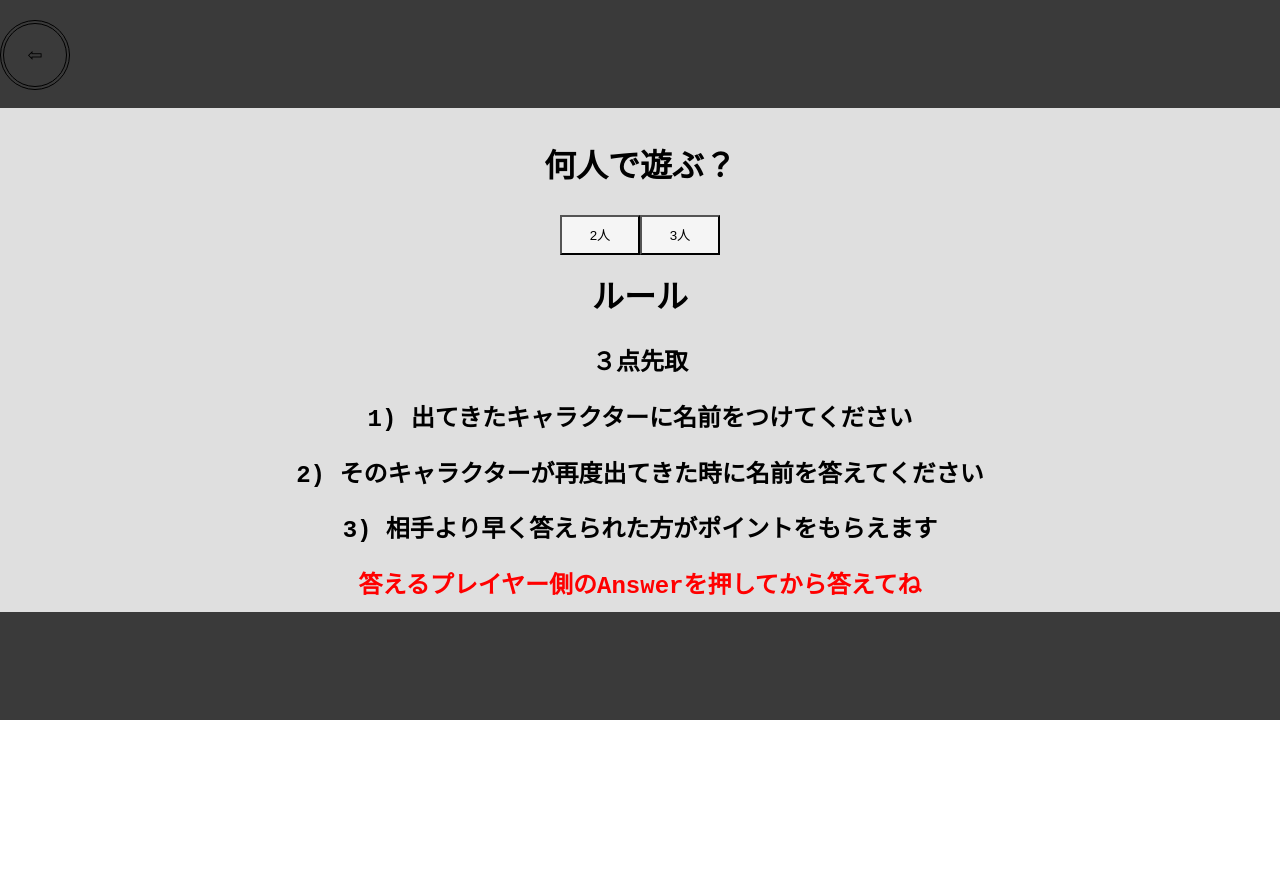
Repository: Mush-s/Folio-OX
Page: /nanmon
These files come from the project's save history. The page is drawn as it stood at one moment and after a run of saves; the edit follows.
The browser window is 1280 px wide. The pictures show the whole page.
The project was rebuilt for these pictures with package versions that can differ from the ones it lists, and the page was loaded fresh each time. Also part of the build but not shown: src/TicTacToe/AfterGame/AfterGame.css, src/TicTacToe/AfterGame/AfterGame.js, src/TicTacToe/Game/Cell.css, src/TicTacToe/Game/Cell.js, src/TicTacToe/Patterns/Pattern.js, src/TicTacToe/Game/GameButtons/GameButtons.css, src/TicTacToe/Game/GameButtons/GameButtons.js, src/TicTacToe/Game/Game.css and 13 more.

Above is the page before, as saved 2022-09-20 15:58:55.

### public/index.html
<!DOCTYPE html>
<html lang="en">
  <head>
    <meta charset="utf-8" />
    <link rel="icon" href="%PUBLIC_URL%/favicon.ico" />
    <meta name="viewport" content="width=device-width, initial-scale=1" />
    <meta name="theme-color" content="#000000" />
    <meta
      name="description"
      content="Web site created using create-react-app"
    />
    <link rel="apple-touch-icon" href="%PUBLIC_URL%/logo192.png" />
    <!--
      manifest.json provides metadata used when your web app is installed on a
      user's mobile device or desktop. See https://developers.google.com/web/fundamentals/web-app-manifest/
    -->
    <link rel="manifest" href="%PUBLIC_URL%/manifest.json" />
    <!--
      Notice the use of %PUBLIC_URL% in the tags above.
      It will be replaced with the URL of the `public` folder during the build.
      Only files inside the `public` folder can be referenced from the HTML.

      Unlike "/favicon.ico" or "favicon.ico", "%PUBLIC_URL%/favicon.ico" will
      work correctly both with client-side routing and a non-root public URL.
      Learn how to configure a non-root public URL by running `npm run build`.
    -->
    <title>React App</title>
  </head>
  <body>
    <noscript>You need to enable JavaScript to run this app.</noscript>
    <div id="root"></div>
    <div id="portal"></div>
    <div id="howmany"></div>
    <!--
      This HTML file is a template.
      If you open it directly in the browser, you will see an empty page.

      You can add webfonts, meta tags, or analytics to this file.
      The build step will place the bundled scripts into the <body> tag.

      To begin the development, run `npm start` or `yarn start`.
      To create a production bundle, use `npm run build` or `yarn build`.
    -->
  </body>
</html>

### src/index.js
import { createRoot } from "react-dom/client";
import { BrowserRouter } from "react-router-dom";
import ReactDOM from "react-dom";
import AfterGame from "./TicTacToe/AfterGame/AfterGame";

import App from "./App";
import BeforeGame from "./NanMon/BeforeGame/BeforeGame";
const container = document.getElementById("root");
const root = createRoot(container);
root.render(
  <BrowserRouter>
    <App />
  </BrowserRouter>
);

export const OverLay = (props) => {
  return ReactDOM.createPortal(
    <AfterGame onClick={props.onClick} result={props.result} />,
    document.getElementById("portal")
  );
};
export const HowMany = (props) => {
  return ReactDOM.createPortal(
    <BeforeGame />,
    document.getElementById("howmany")
  );
};

### src/App.js
import "./App.css";
import Game from "./TicTacToe/Game/Game";
import Game1 from "./NanMon/Game/Game1";
import Start from "./Start/Start";
import { Route, Routes } from "react-router-dom";

const App = () => {
  return (
    <div className="app">
      <Routes>
        <Route path="/" element={<Start />} />
        <Route path="/tictactou" element={<Game />} />
        <Route path="/nanmon" element={<Game1 />} />
      </Routes>
    </div>
  );
};

export default App;

### src/NanMon/BeforeGame/BeforeGame.js
import "./BeforeGame.css";

const BeforeGame = (props) => {
  return (
    <div className="before">
      <div className="content">
        <h1>何人で遊ぶ？</h1>
        <button onClick={props.onClick}>2人</button>
        <button onClick={props.onClick2}>3人</button>
        <div className="rule">
          <h1>ルール</h1>
          <h2>３点先取</h2>
          <h2>1) 出てきたキャラクターに名前をつけてください</h2>
          <h2>2) そのキャラクターが再度出てきた時に名前を答えてください</h2>
          <h2>3) 相手より早く答えられた方がポイントをもらえます</h2>
          <h2>
            <font color="red">
              答えるプレイヤー側のAnswerを押してから答えてね
            </font>
          </h2>
        </div>
      </div>
    </div>
  );
};

export default BeforeGame;

### src/App.css
.app {
  position: relative;
  height: 120vh;
  width: 100%;
  background-color: rgba(255, 255, 255, 0.831);
  font-family: "Courier New", Courier, monospace;
  /* background-image: url(https://png.pngtree.com/thumb_back/fh260/background/20210308/pngtree-vs-versus-challenge-gaming-background-banner-blue-image_582152.jpg);
  background-size: contain; */
}
/* Document
 * ========================================================================== */

/**
 * 1. Add border box sizing in all browsers (opinionated).
 * 2. Backgrounds do not repeat by default (opinionated).
 */

*,
::before,
::after {
  box-sizing: border-box; /* 1 */
  background-repeat: no-repeat; /* 2 */
}

/**
  * 1. Add text decoration inheritance in all browsers (opinionated).
  * 2. Add vertical alignment inheritance in all browsers (opinionated).
  */

::before,
::after {
  text-decoration: inherit; /* 1 */
  vertical-align: inherit; /* 2 */
}

/**
  * 1. Use the default cursor in all browsers (opinionated).
  * 2. Change the line height in all browsers (opinionated).
  * 3. Breaks words to prevent overflow in all browsers (opinionated).
  * 4. Use a 4-space tab width in all browsers (opinionated).
  * 5. Remove the grey highlight on links in iOS (opinionated).
  * 6. Prevent adjustments of font size after orientation changes in iOS.
  */

:where(:root) {
  cursor: default; /* 1 */
  line-height: 1.5; /* 2 */
  overflow-wrap: break-word; /* 3 */
  -moz-tab-size: 4; /* 4 */
  tab-size: 4; /* 4 */
  -webkit-tap-highlight-color: transparent; /* 5 */
  -webkit-text-size-adjust: 100%; /* 6 */
  text-size-adjust: 100%; /* 6 */
}

/* Sections
  * ========================================================================== */

/**
  * Remove the margin in all browsers (opinionated).
  */

:where(body) {
  margin: 0;
}

/**
  * Correct the font size and margin on `h1` elements within `section` and
  * `article` contexts in Chrome, Edge, Firefox, and Safari.
  */

:where(h1) {
  font-size: 2em;
  margin: 0.67em 0;
}

/* Grouping content
  * ========================================================================== */

/**
  * Remove the margin on nested lists in Chrome, Edge, and Safari.
  */

:where(dl, ol, ul) :where(dl, ol, ul) {
  margin: 0;
}

/**
  * 1. Correct the inheritance of border color in Firefox.
  * 2. Add the correct box sizing in Firefox.
  */

:where(hr) {
  color: inherit; /* 1 */
  height: 0; /* 2 */
}

/**
  * Remove the list style on navigation lists in all browsers (opinionated).
  */

:where(nav) :where(ol, ul) {
  list-style-type: none;
  padding: 0;
}

/**
  * Prevent VoiceOver from ignoring list semantics in Safari (opinionated).
  */

:where(nav li)::before {
  content: "\200B";
  float: left;
}

/**
  * 1. Correct the inheritance and scaling of font size in all browsers.
  * 2. Correct the odd `em` font sizing in all browsers.
  * 3. Prevent overflow of the container in all browsers (opinionated).
  */

:where(pre) {
  font-family: monospace, monospace; /* 1 */
  font-size: 1em; /* 2 */
  overflow: auto; /* 3 */
}

/* Text-level semantics
  * ========================================================================== */

/**
  * Add the correct text decoration in Safari.
  */

:where(abbr[title]) {
  text-decoration: underline;
  text-decoration: underline dotted;
}

/**
  * Add the correct font weight in Chrome, Edge, and Safari.
  */

:where(b, strong) {
  font-weight: bolder;
}

/**
  * 1. Correct the inheritance and scaling of font size in all browsers.
  * 2. Correct the odd `em` font sizing in all browsers.
  */

:where(code, kbd, samp) {
  font-family: monospace, monospace; /* 1 */
  font-size: 1em; /* 2 */
}

/**
  * Add the correct font size in all browsers.
  */

:where(small) {
  font-size: 80%;
}

/* Embedded content
  * ========================================================================== */

/*
  * Change the alignment on media elements in all browsers (opinionated).
  */

:where(audio, canvas, iframe, img, svg, video) {
  vertical-align: middle;
}

/**
  * Remove the border on iframes in all browsers (opinionated).
  */

:where(iframe) {
  border-style: none;
}

/**
  * Change the fill color to match the text color in all browsers (opinionated).
  */

:where(svg:not([fill])) {
  fill: currentColor;
}

/* Tabular data
  * ========================================================================== */

/**
  * 1. Collapse border spacing in all browsers (opinionated).
  * 2. Correct table border color in Chrome, Edge, and Safari.
  * 3. Remove text indentation from table contents in Chrome, Edge, and Safari.
  */

:where(table) {
  border-collapse: collapse; /* 1 */
  border-color: currentColor; /* 2 */
  text-indent: 0; /* 3 */
}

/* Forms
  * ========================================================================== */

/**
  * Remove the margin on controls in Safari.
  */

:where(button, input, select) {
  margin: 0;
}

/**
  * Correct the inability to style buttons in iOS and Safari.
  */

:where(button, [type="button" i], [type="reset" i], [type="submit" i]) {
  -webkit-appearance: button;
}

/**
  * Change the inconsistent appearance in all browsers (opinionated).
  */

:where(fieldset) {
  border: 1px solid #a0a0a0;
}

/**
  * Add the correct vertical alignment in Chrome, Edge, and Firefox.
  */

:where(progress) {
  vertical-align: baseline;
}

/**
  * 1. Remove the margin in Firefox and Safari.
  * 3. Change the resize direction in all browsers (opinionated).
  */

:where(textarea) {
  margin: 0; /* 1 */
  resize: vertical; /* 3 */
}

/**
  * 1. Correct the odd appearance in Chrome, Edge, and Safari.
  * 2. Correct the outline style in Safari.
  */

:where([type="search" i]) {
  -webkit-appearance: textfield; /* 1 */
  outline-offset: -2px; /* 2 */
}

/**
  * Correct the cursor style of increment and decrement buttons in Safari.
  */

::-webkit-inner-spin-button,
::-webkit-outer-spin-button {
  height: auto;
}

/**
  * Correct the text style of placeholders in Chrome, Edge, and Safari.
  */

::-webkit-input-placeholder {
  color: inherit;
  opacity: 0.54;
}

/**
  * Remove the inner padding in Chrome, Edge, and Safari on macOS.
  */

::-webkit-search-decoration {
  -webkit-appearance: none;
}

/**
  * 1. Correct the inability to style upload buttons in iOS and Safari.
  * 2. Change font properties to `inherit` in Safari.
  */

::-webkit-file-upload-button {
  -webkit-appearance: button; /* 1 */
  font: inherit; /* 2 */
}

/* Interactive
  * ========================================================================== */

/*
  * Add the correct styles in Safari.
  */

:where(dialog) {
  background-color: white;
  border: solid;
  color: black;
  height: -moz-fit-content;
  height: fit-content;
  left: 0;
  margin: auto;
  padding: 1em;
  position: absolute;
  right: 0;
  width: -moz-fit-content;
  width: fit-content;
}

:where(dialog:not([open])) {
  display: none;
}

/*
  * Add the correct display in Safari.
  */

:where(details > summary:first-of-type) {
  display: list-item;
}

/* Accessibility
  * ========================================================================== */

/**
  * Change the cursor on busy elements in all browsers (opinionated).
  */

:where([aria-busy="true" i]) {
  cursor: progress;
}

/*
  * Change the cursor on disabled, not-editable, or otherwise
  * inoperable elements in all browsers (opinionated).
  */

:where([aria-disabled="true" i], [disabled]) {
  cursor: not-allowed;
}

/*
  * Change the display on visually hidden accessible elements
  * in all browsers (opinionated).
  */

:where([aria-hidden="false" i][hidden]) {
  display: initial;
}

:where([aria-hidden="false" i][hidden]:not(:focus)) {
  clip: rect(0, 0, 0, 0);
  position: absolute;
}

a:-webkit-any-link {
  color: black;
  text-decoration: none;
}

button {
  cursor: pointer;
}

ul {
  padding-inline-start: 0;
  margin-block-start: 0;
}

### src/NanMon/Game/Game1.js
import Back from "../../Components/Back/Back";
import BeforeGame from "../BeforeGame/BeforeGame";
import Character from "./Character/Character";
import { useState } from "react";
import "./Game1.css";
import Character2 from "./Character2/Character2";

const Game1 = () => {
  const [close, setClose] = useState(false);
  const [number, setNumber] = useState();
  const clickHandler1 = () => {
    setClose(true);
    setNumber(2);
  };

  const clickHandler2 = () => {
    setClose(true);
    setNumber(3);
  };
  return (
    <div className="game1">
      <div className="main">
        <Back />
        {number === 2 && <Character />}
        {number === 3 && <Character2 />}
      </div>
      {!close && (
        <BeforeGame onClick={clickHandler1} onClick2={clickHandler2} />
      )}
    </div>
  );
};
export default Game1;

### src/NanMon/BeforeGame/BeforeGame.css
.before {
  background: rgba(0, 0, 0, 0.771);
  position: fixed;
  left: 0;
  top: 0;
  height: 100%;
  width: 100%;
  display: flex;
  align-items: center;
  /* justify-content: center; */
}

.before .content {
  background: rgba(255, 255, 255, 0.84);
  padding: 1rem;
  width: 100%;
  height: 70%;
  text-align: center;
}

.before button {
  width: 80px;
  height: 40px;
  background-color: whitesmoke;
}

.before button:hover {
  background-color: rgb(92, 92, 92);
}

### src/Components/Back/Back.js
import "./Back.css";
import { useNavigate } from "react-router-dom";

const Back = () => {
  const navigate = useNavigate();
  const backHandler = () => {
    navigate("/");
  };
  return (
    <button className="back" onClick={backHandler}>
      ⇦
    </button>
  );
};

export default Back;

### src/NanMon/Game/Game1.css
.game1 {
  margin-top: 20px;
  width: 100%;
}

### src/Components/Back/Back.css
.back {
  width: 70px;
  height: 70px;
  font-size: 18px;
  display: inline-block;
  background: #ffffff;
  border: double 4px #000000;
  border-radius: 50%;
  text-align: center;
  overflow: hidden;
  cursor: pointer;
}

### src/TicTacToe/BeforeGame/BeforeGame.css
.before {
    background: rgba(0, 0, 0, 0.771);
    position: fixed;
    left: 0;
    top: 0;
    height: 100%;
    width: 100%;
    display: flex;
    align-items: center;
    /* justify-content: center; */
  }

  .before .content {
    background: rgba(255, 255, 255, 0.84);
    padding: 1rem;
    width: 100%;
    height: 70%;
    text-align: center;
  }

  .before button {
    width: 80px;
    height: 40px;
    background-color: whitesmoke;
  }

  .before button:hover {
    background-color: rgb(92, 92, 92);
  }

After the next 3 saves:
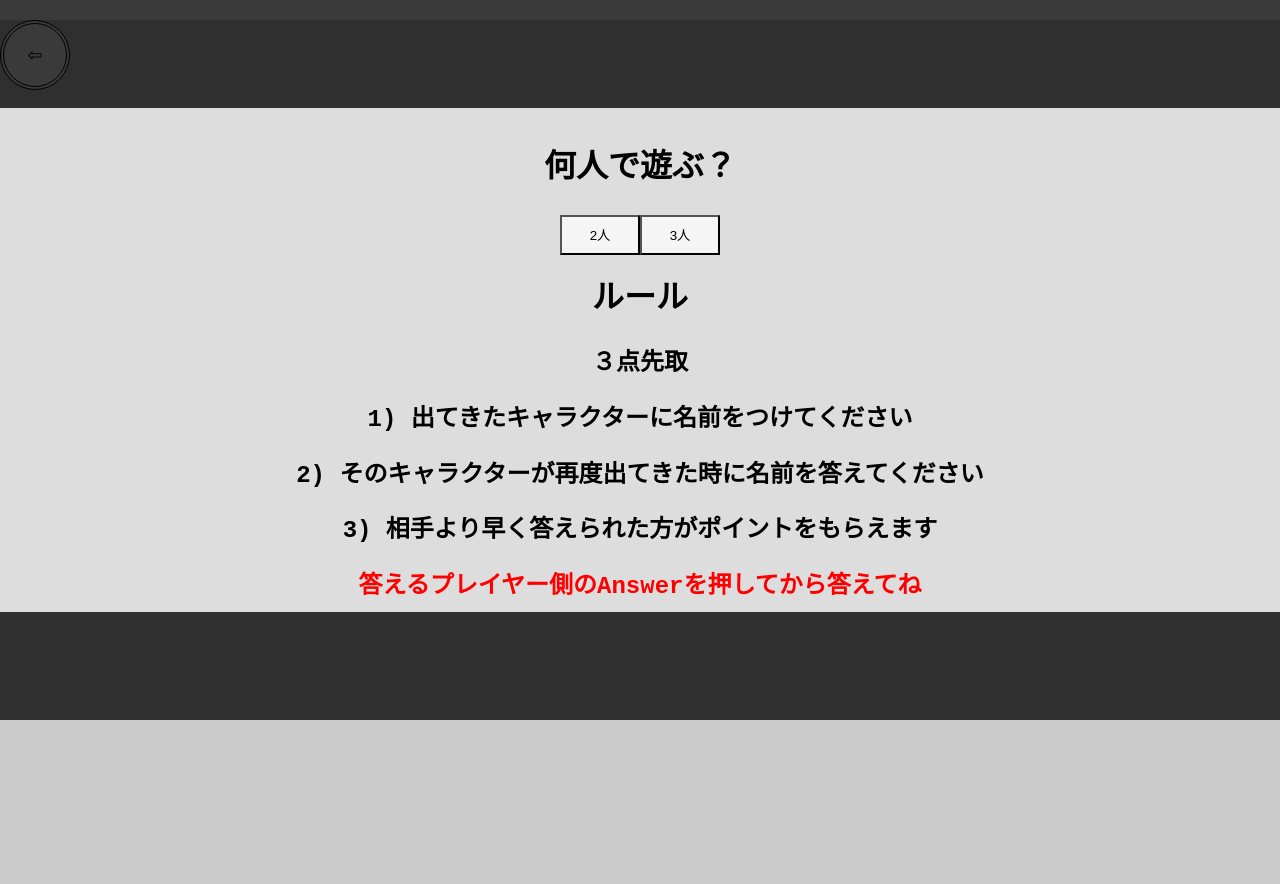
The 3 saves are shown as one change because they came seconds apart.
The last was saved 34 s later.
--- a/src/App.css
+++ b/src/App.css
@@ -2,7 +2,7 @@
   position: relative;
   height: 120vh;
   width: 100%;
-  background-color: rgba(255, 255, 255, 0.831);
+  background-color:rgb(204, 204, 204);
   font-family: "Courier New", Courier, monospace;
   /* background-image: url(https://png.pngtree.com/thumb_back/fh260/background/20210308/pngtree-vs-versus-challenge-gaming-background-banner-blue-image_582152.jpg);
   background-size: contain; */

After the save that followed:
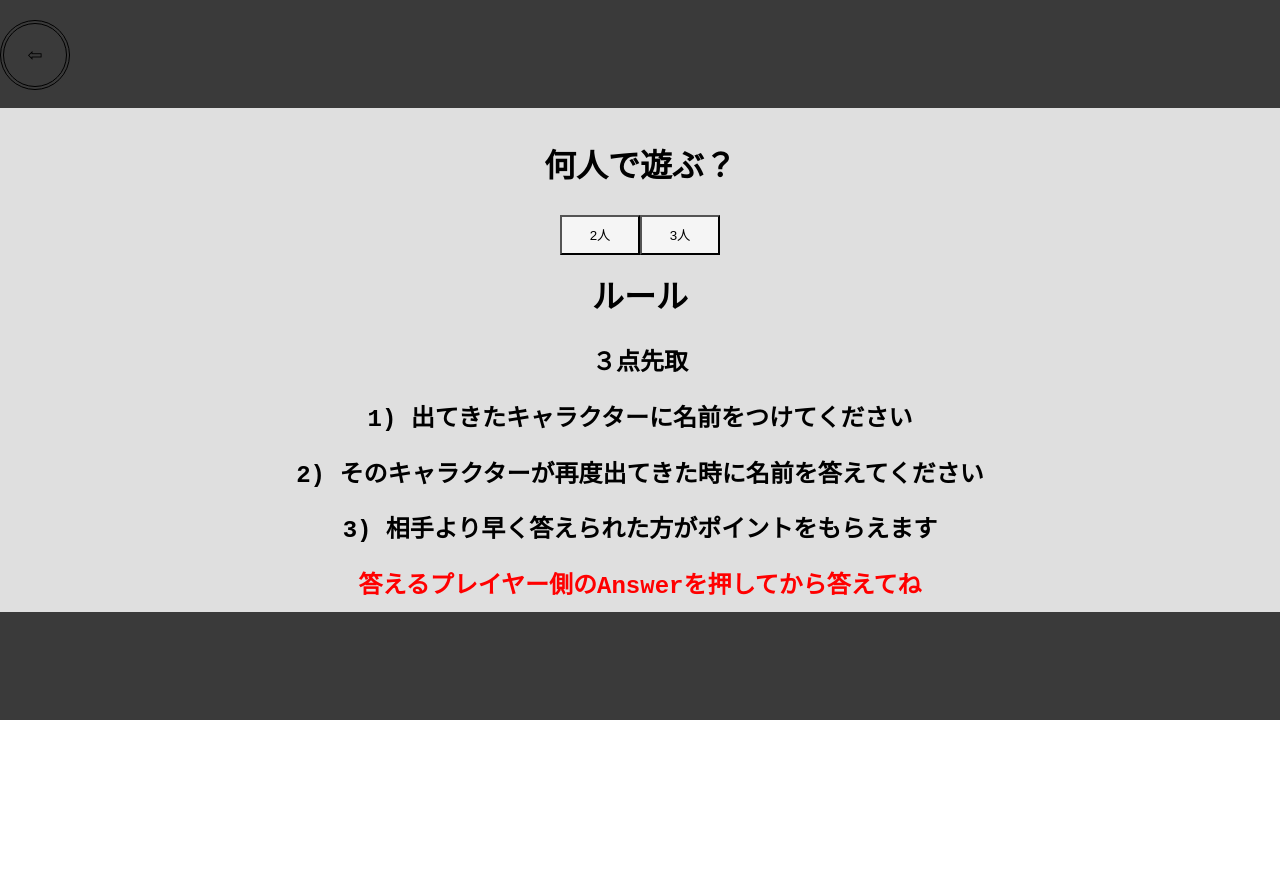
Saved 21 s later.
--- a/src/App.css
+++ b/src/App.css
@@ -2,7 +2,6 @@
   position: relative;
   height: 120vh;
   width: 100%;
-  background-color:rgb(204, 204, 204);
   font-family: "Courier New", Courier, monospace;
   /* background-image: url(https://png.pngtree.com/thumb_back/fh260/background/20210308/pngtree-vs-versus-challenge-gaming-background-banner-blue-image_582152.jpg);
   background-size: contain; */
